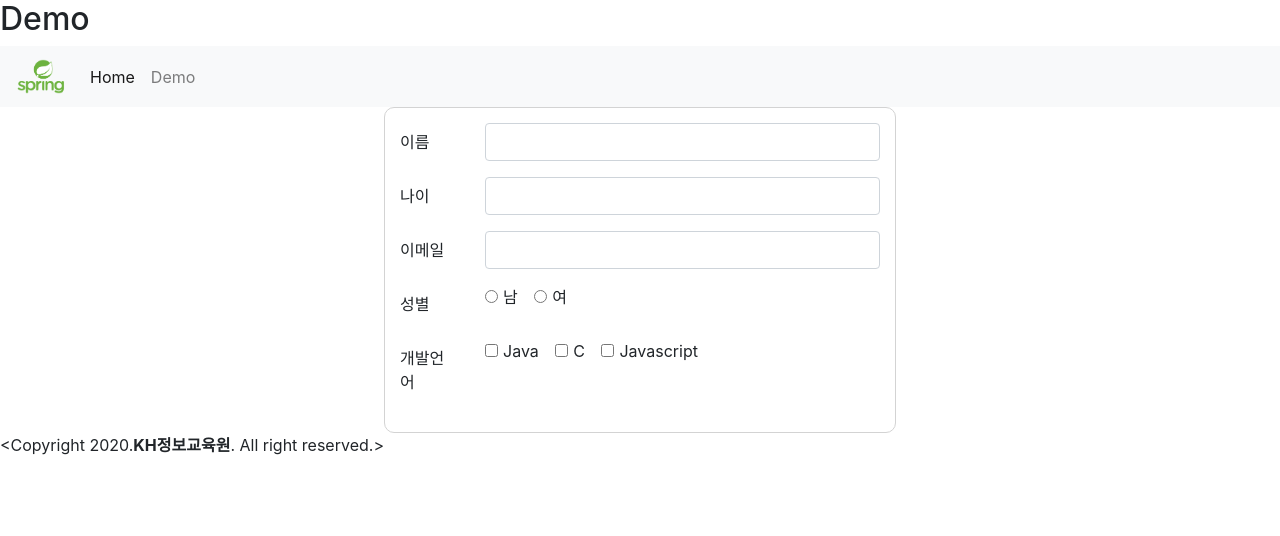
Repository: jihyun3/final_project
Page: http://localhost/01_HelloSpring/WEB-INF/views/demo/demo.jsp
These files come from the project's save history. The page is drawn as it stood at one moment and after the next save; the edit follows.
The browser window is 1280 px wide. The pictures show the whole page.
The page is served by Tomcat 9. Nobody is signed in. Other server files are loaded and not shown. The template is opened directly, without the code that normally fills it, so the values that code supplies are empty.

Above is the page before, as saved 2020-10-16 02:48:14.

### 01_HelloSpring/src/main/webapp/WEB-INF/views/demo/demo.jsp
<%@ page language="java" contentType="text/html; charset=UTF-8"
	pageEncoding="UTF-8"%>
<%@ taglib prefix="c" uri="http://java.sun.com/jsp/jstl/core"%>
<%@ taglib prefix="fmt" uri="http://java.sun.com/jsp/jstl/fmt"%>
<%@ taglib prefix="fn" uri="http://java.sun.com/jsp/jstl/functions"%>
<c:set var="path" value="${pageContext.request.contextPath }" />
<jsp:include page="/WEB-INF/views/common/header.jsp">
	<jsp:param value="Demo" name="title" />
</jsp:include>
<style>
div#demo-container {
	width: 40%;
	padding: 15px;
	margin: 0 auto;
	border: 1px solid lightgray;
	border-radius: 10px;
}
</style>
<section id="content">
	<div id="demo-container">
		<form id="devFrm">
			<div class="form-group row">
				<label for="devName" class="col-sm-2 col-form-label">이름</label>
				<div class="col-sm-10">
					<input type="text" class="form-control" id="devName" name="devName">
				</div>
			</div>
			<div class="form-group row">
				<label for="devAge" class="col-sm-2 col-form-label">나이</label>
				<div class="col-sm-10">
					<input type="number" class="form-control" id="devAge" name="devAge">
				</div>
			</div>
			<div class="form-group row">
				<label for="devEmail" class="col-sm-2 col-form-label">이메일</label>
				<div class="col-sm-10">
					<input type="email" class="form-control" id="devEmail"
						name="devEmail">
				</div>
			</div>
			<div class="form-group row">
				<label class="col-sm-2 col-form-label">성별</label>
				<div class="col-sm-10">
					<div class="form-check form-check-inline">
						<input class="form-check-input" type="radio" name="devGender"
							id="devGender0" value="M"> <label
							class="form-check-label" for="devGender0">남</label>
					</div>
					<div class="form-check form-check-inline">
						<input class="form-check-input" type="radio" name="devGender"
							id="devGender1" value="option2"> <label
							class="form-check-label" for="devGender1">여</label>
					</div>
				</div>
			</div>
			<div class="form-group row">
				<label class="col-sm-2 col-form-label">개발언어</label>
				<div class="col-sm-10">
					<div class="form-check form-check-inline">
						<input class="form-check-input" type="checkbox" name="devLang"
							id="devLang0" value="Java"> <label
							class="form-check-label" for="devLang0">Java</label>
					</div>
					<div class="form-check form-check-inline">
						<input class="form-check-input" type="checkbox" name="devLang"
							id="devLang1" value="C"> <label class="form-check-label"
							for="devLang1">C</label>
					</div>
					<div class="form-check form-check-inline">
						<input class="form-check-input" type="checkbox" name="devLang"
							id="devLang2" value="Javascript"> <label
							class="form-check-label" for="devLang2">Javascript</label>
					</div>
				</div>
			</div>
		</form>
	</div>
</section>
<jsp:include page="/WEB-INF/views/common/footer.jsp" />

### 01_HelloSpring/src/main/webapp/WEB-INF/views/common/header.jsp
<%@ page language="java" contentType="text/html; charset=UTF-8"
    pageEncoding="UTF-8"%>
<%@ taglib prefix="c" uri="http://java.sun.com/jsp/jstl/core" %>
<%@ taglib prefix="fmt" uri="http://java.sun.com/jsp/jstl/fmt" %>
<%@ taglib prefix="fn" uri="http://java.sun.com/jsp/jstl/functions" %>
<c:set var="path" value="${pageContext.request.contextPath }"/>
<!DOCTYPE html>
<html>
<head>
<meta charset="UTF-8">
<title>나의 첫 스프링 페이지</title>
<!-- Latest compiled and minified CSS -->
<link rel="stylesheet" href="https://maxcdn.bootstrapcdn.com/bootstrap/4.5.2/css/bootstrap.min.css">
<!-- jQuery library -->
<script src="https://ajax.googleapis.com/ajax/libs/jquery/3.5.1/jquery.min.js"></script>
<!-- Popper JS -->
<script src="https://cdnjs.cloudflare.com/ajax/libs/popper.js/1.16.0/umd/popper.min.js"></script>
<!-- Latest compiled JavaScript -->
<script src="https://maxcdn.bootstrapcdn.com/bootstrap/4.5.2/js/bootstrap.min.js"></script>
</head>
<body>
	<div id="container">
		<header>
			<div id="header-container">
				<h2><c:out value="${param.title}"/></h2>
			</div>
			<nav class="navbar navbar-expand-lg navbar-light bg-light">
				<a class="navbar-brand" href="#">
					<img src="${path }/resources/images/logo-spring.png"
					alt="스프링로고" width="50px">
				</a>
				<button class="navbar-toggler" type="button" data-toggle="collapse"
				data-targe="#navbarNav" aria-controls="navbarNav" aria-expanded="false"
				aria-label="Toggle navigation">
					<span class="navbar-toggler-icon"></span>
				</button>
				<div class="collapse navbar-collapse" id="navbarNav">
					<ul class="navbar-nav mr-auto">
						<li class="nav-item active">
							<a class="nav-link" href="${path }">Home</a>
						</li>
						<li class="nav-item">
							<a class="nav-link" href="${path }/demo/demo.do">Demo</a>
						</li>
					</ul>
				</div>
			</nav>
		</header>

### 01_HelloSpring/src/main/webapp/WEB-INF/views/common/footer.jsp
<%@ page language="java" contentType="text/html; charset=UTF-8"
    pageEncoding="UTF-8"%>

<footer>
			<p>&lt;Copyright 2020.<strong>KH정보교육원</strong>. All right reserved.&gt;</p>
</footer>
</div>
</body>
</html>

After the next save:
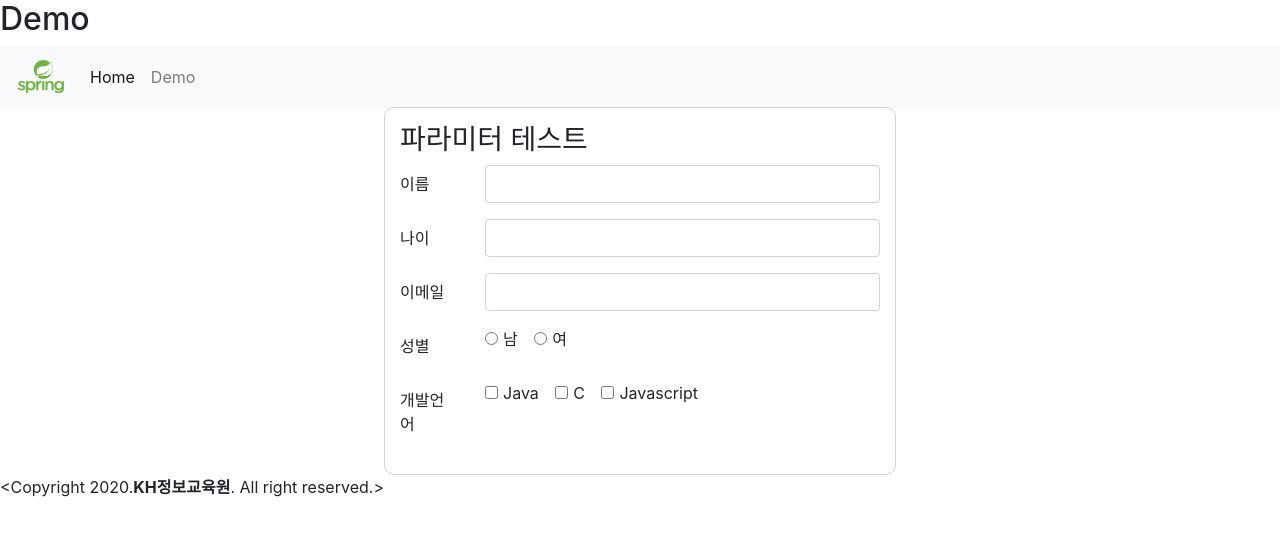
Saved 98 s later.
--- a/01_HelloSpring/src/main/webapp/WEB-INF/views/demo/demo.jsp
+++ b/01_HelloSpring/src/main/webapp/WEB-INF/views/demo/demo.jsp
@@ -18,6 +18,7 @@ div#demo-container {
 </style>
 <section id="content">
 	<div id="demo-container">
+		<h3>파라미터 테스트</h3>
 		<form id="devFrm">
 			<div class="form-group row">
 				<label for="devName" class="col-sm-2 col-form-label">이름</label>
